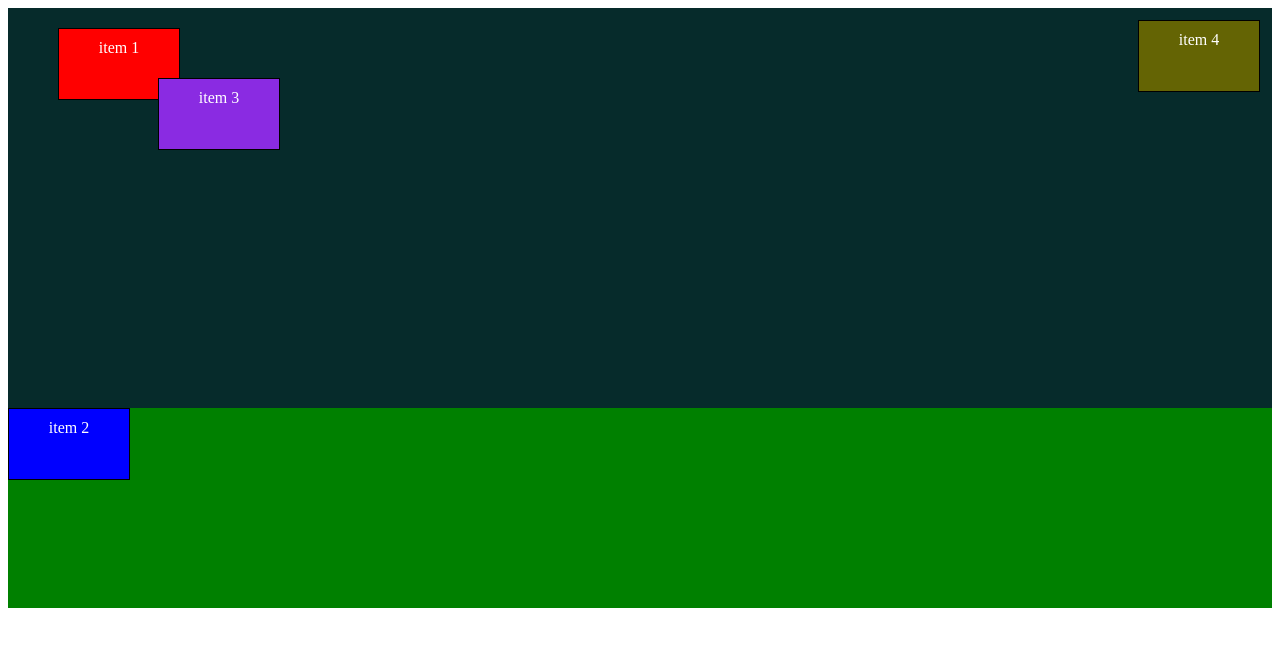
Repository: nmaury/TpsCambodge
Page: InternetProgramming/Css/sample.html
These files come from the project's save history. The page is drawn as it stood at one moment and after the next save; the edit follows.
The browser window is 1280 px wide. The pictures show the whole page.

Above is the page before, as saved 2022-12-06 02:53:43.

### InternetProgramming/Css/sample.html
<!DOCTYPE html>
<html>
<head>
    <link rel="stylesheet" href="sample.css">
</head>
<body>
    <div class = "grand-parent">
    <div class="parent">
        <div class="item item1">item 1
        </div>
        <div class="item item3">item 3
        </div>
        <div class="item item4">item 4
        </div>
    </div>
    <div class="parent2">
        <div class="item item2">item 2
        </div>
    </div>
</div>
</body>
</html>

### InternetProgramming/Css/sample.css
.item{
    background-color: rgb(100,100,4);
    padding : 10px;
    width: 100px;
    height: 50px;
    color: white;
    text-align: center;
    position: absolute;
    border: 1px solid black;
}
.item1{
    background-color: red;
    left: 50px;
    top: 20px;
}
.item2{
    background-color: blue;
    }
.item3{
    background-color: blueviolet;
    left: 150px;
    top: 70px;
}
.item4{
    position: fixed;
    right: 20px;
    top: 20px;
}
.parent{
    background-color: rgb(6,43,43);
    width: 100%;
    height: 400px;
}
.parent2{
    background-color: green;
    width: 100%;
    height: 200px;
    position: relative;
}
.grand-parent{
    position: relative;
}

After the next save:
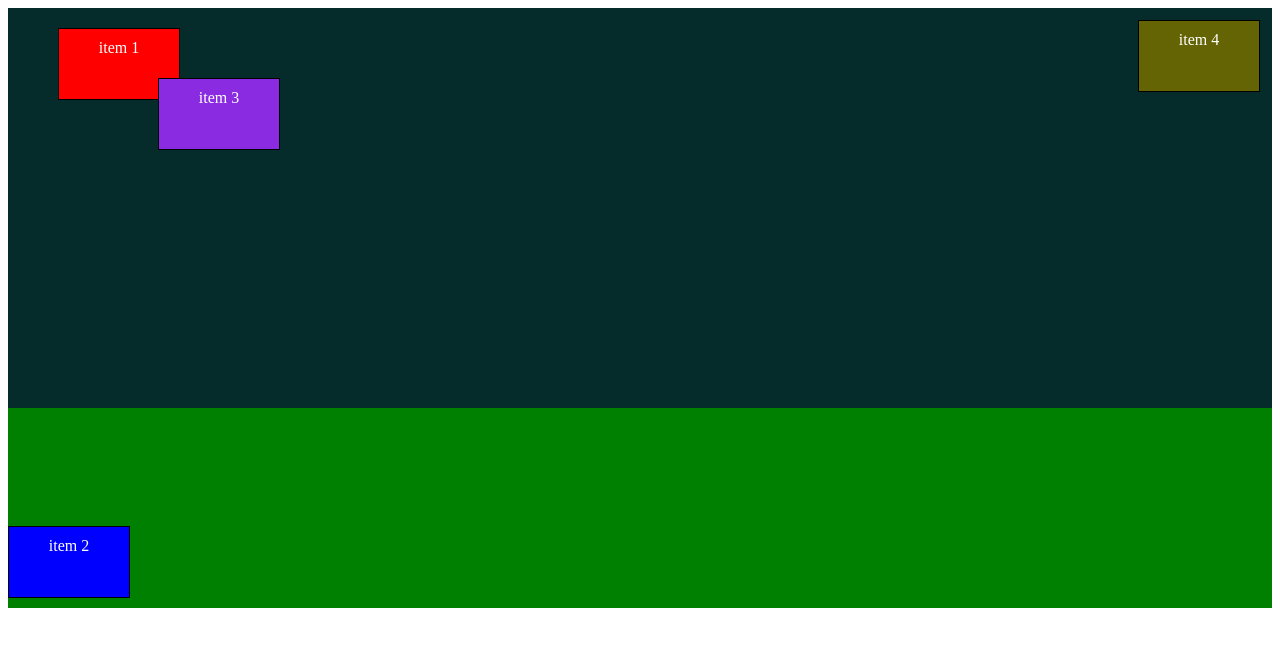
Saved 43 s later.
--- a/InternetProgramming/Css/sample.css
+++ b/InternetProgramming/Css/sample.css
@@ -15,7 +15,8 @@
 }
 .item2{
     background-color: blue;
-    }
+    bottom:10px
+}
 .item3{
     background-color: blueviolet;
     left: 150px;
